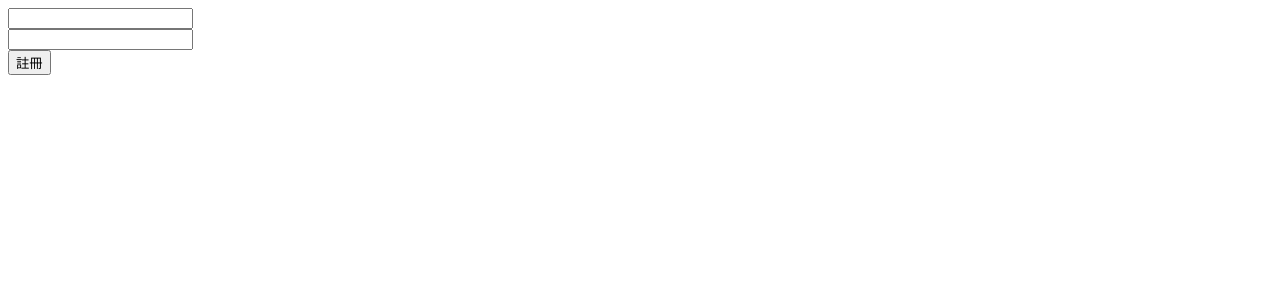
Repository: sc1314520/oce-test
Page: EE/src/main/webapp/html/register.html
The author's editor kept a copy of each file at every save. The page is drawn from the files as they stood at one save, then again after the next save.
The browser window is 1280 px wide. The pictures show the whole page.

Above is the page before, as saved 2022-12-27 09:54:10.

After the next save:
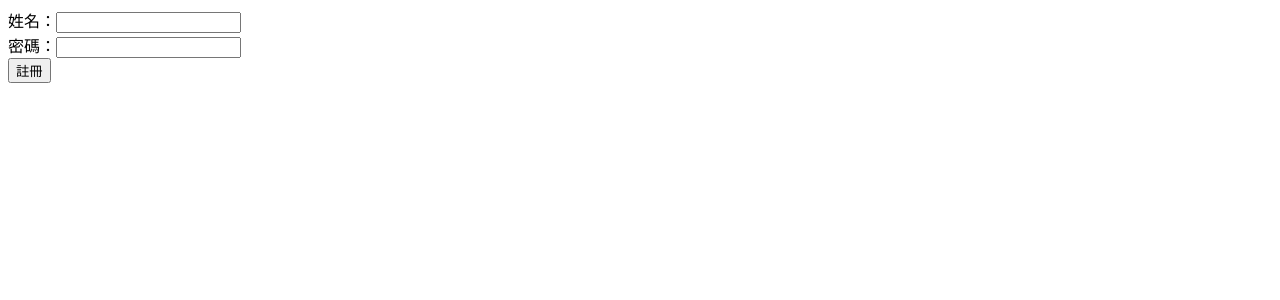
Saved 24 s later.
--- a/EE/src/main/webapp/html/register.html
+++ b/EE/src/main/webapp/html/register.html
@@ -6,8 +6,8 @@
 </head>
 <body>
 	<form action="/EE/request5" method="POST">
-		<input type="text" name="username"><br>
-		<input type="text" name="password"><br>
+		姓名：<input type="text" name="username"><br>
+		密碼：<input type="text" name="password"><br>
 		<input type="submit" value="註冊">
 	</form>
 </body>
